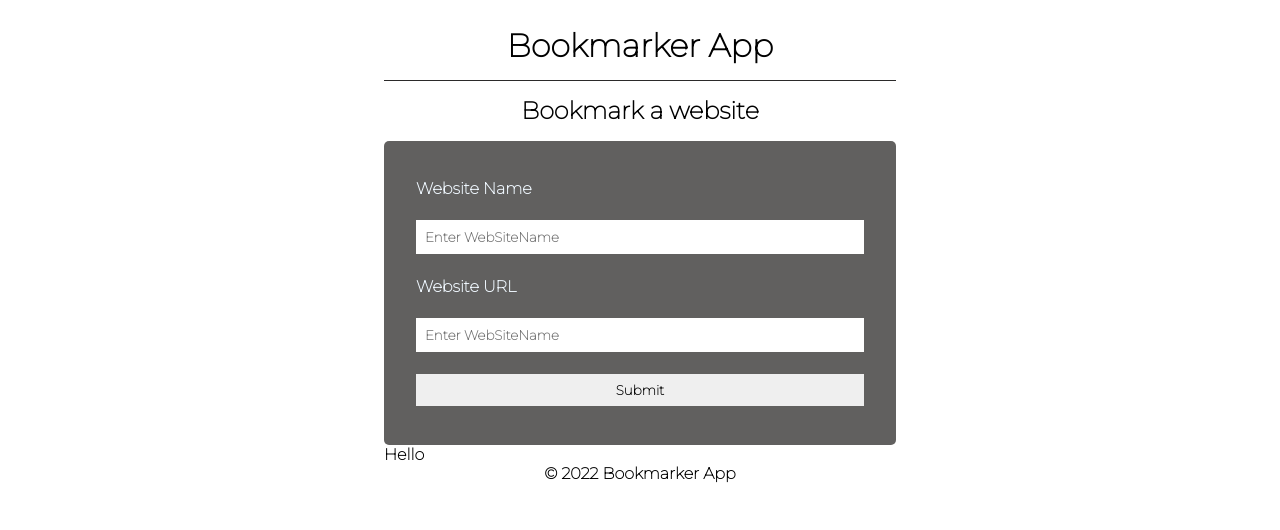
Repository: Suporl9/BookMarkerApp
Page: index.html
These files come from the project's save history. The page is drawn as it stood at one moment and after the next save; the edit follows.
The browser window is 1280 px wide. The pictures show the whole page.

Above is the page before, as saved 2021-11-21 21:21:13.

After the next save:
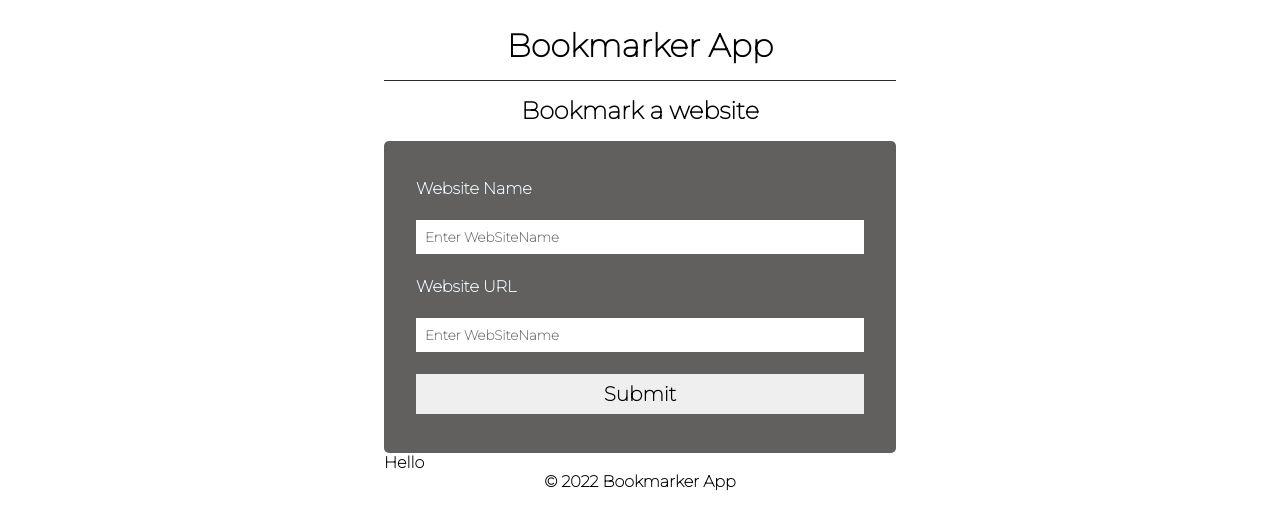
Saved 8 s later.
--- a/style.css
+++ b/style.css
@@ -77,7 +77,7 @@ body {
   padding: 0.5rem;
   /* color: ; */
   /* font-size: 14px; */
-  font-weight: 900;
+  font-size: 20px;
 }
 .inpClass {
   margin-top: 5%;
